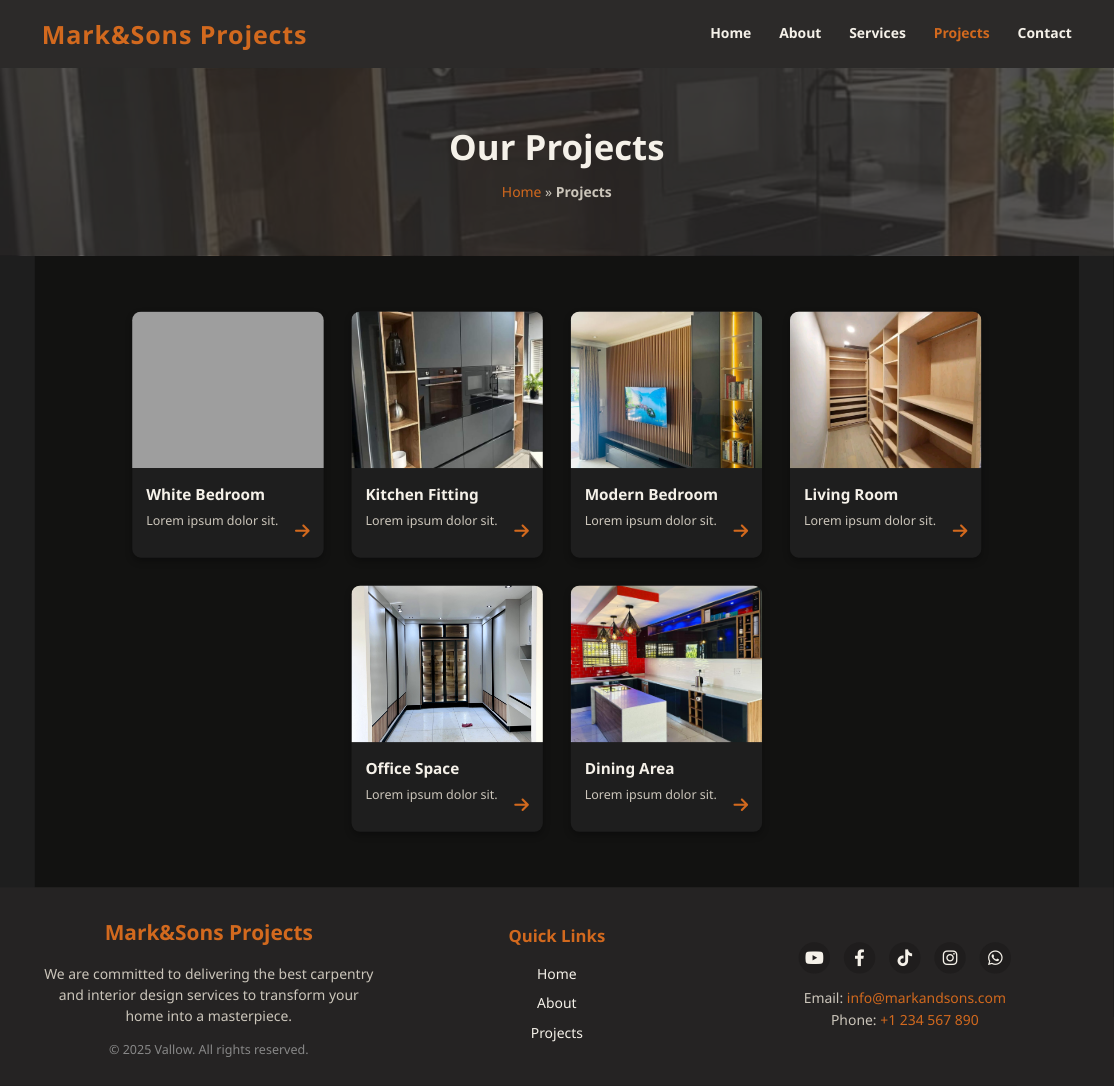
Repository: VallowEvido/Mark-SonsProjects
Page: projects.html
The author's editor kept a copy of each file at every save. The page is drawn from the files as they stood at one save, then again after a run of saves.
The browser window is 1280 px wide. The pictures show the whole page, at 87% of full size.
Pictures or frames that could not be fetched are drawn as grey boxes.

Above is the page before, as saved 2025-07-18 23:15:29.

After the next 2 saves:
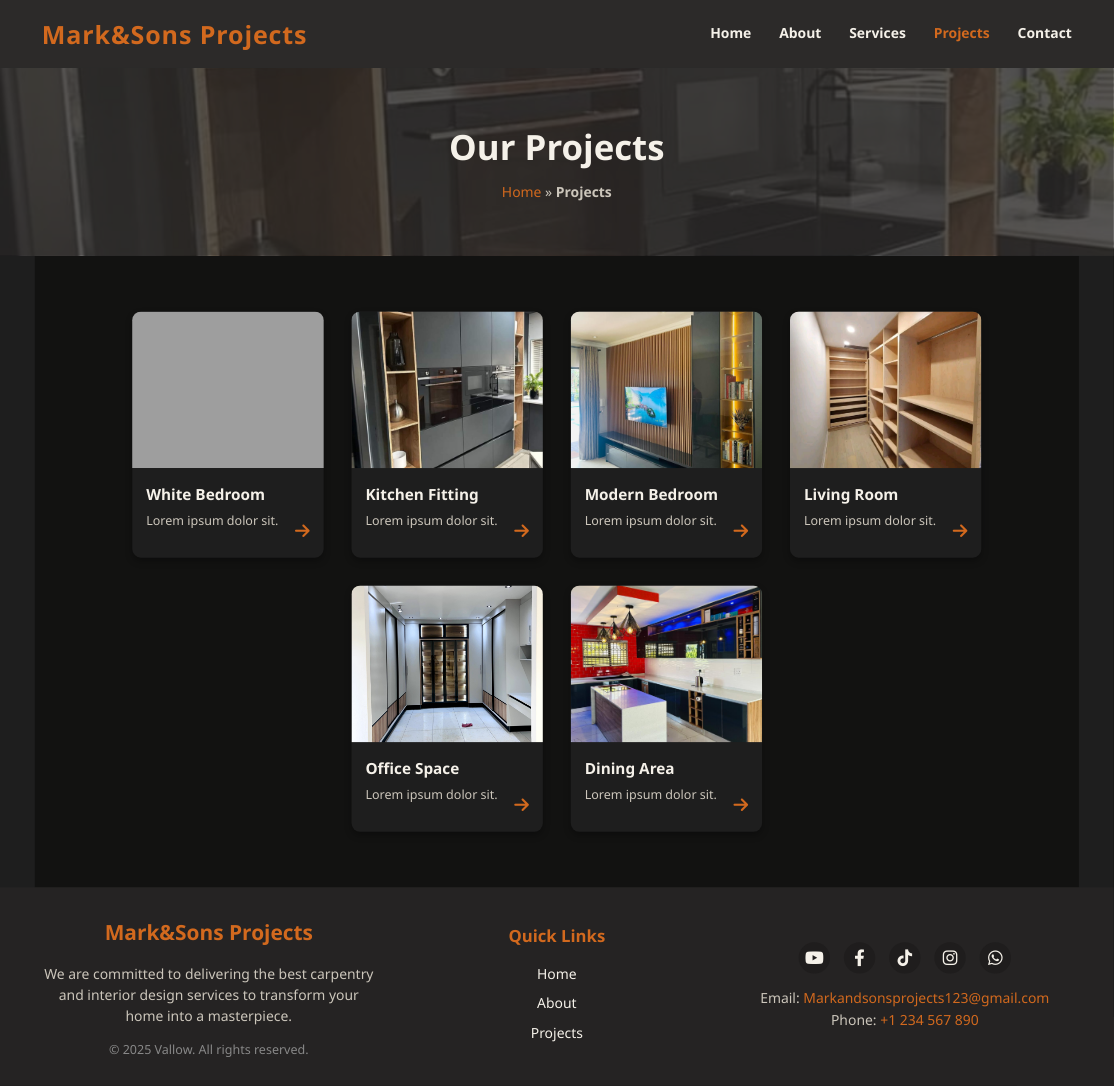
The 2 saves are shown as one change because they came seconds apart.
The last was saved 49 s later.
--- a/projects.html
+++ b/projects.html
@@ -103,7 +103,7 @@
           <a href="#" aria-label="WhatsApp" class="whatsapp"><i class="fab fa-whatsapp"></i></a>
         </div>
         <div class="contact-details">
-          <p>Email: <a href="mailto:info@markandsons.com">info@markandsons.com</a></p>
+          <p>Email: <a href="mailto:info@markandsons.com">Markandsonsprojects123@gmail.com</a></p>
           <p>Phone: <a href="tel:+1234567890">+1 234 567 890</a></p>
         </div>
       </div>
